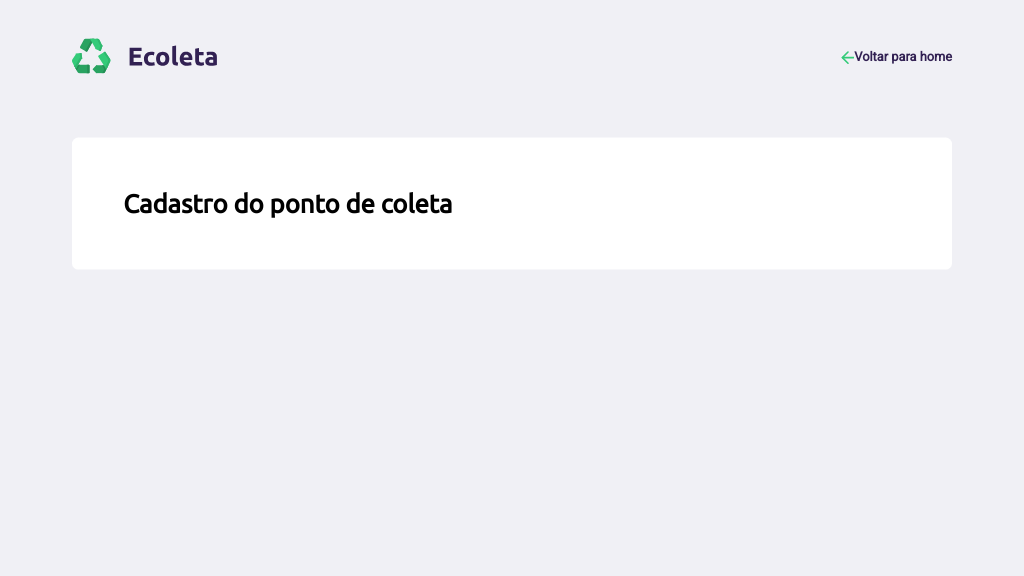
Repository: ivobass/NextLevelWeek
Page: create-point.html
An editor plug-in stored every save of this project. The page is shown before and after the next save, followed by the edit.
The browser window is 1280 px wide. The pictures show the whole page, at 80% of full size.

Above is the page before, as saved 2020-06-02 23:00:17.

After the next save:
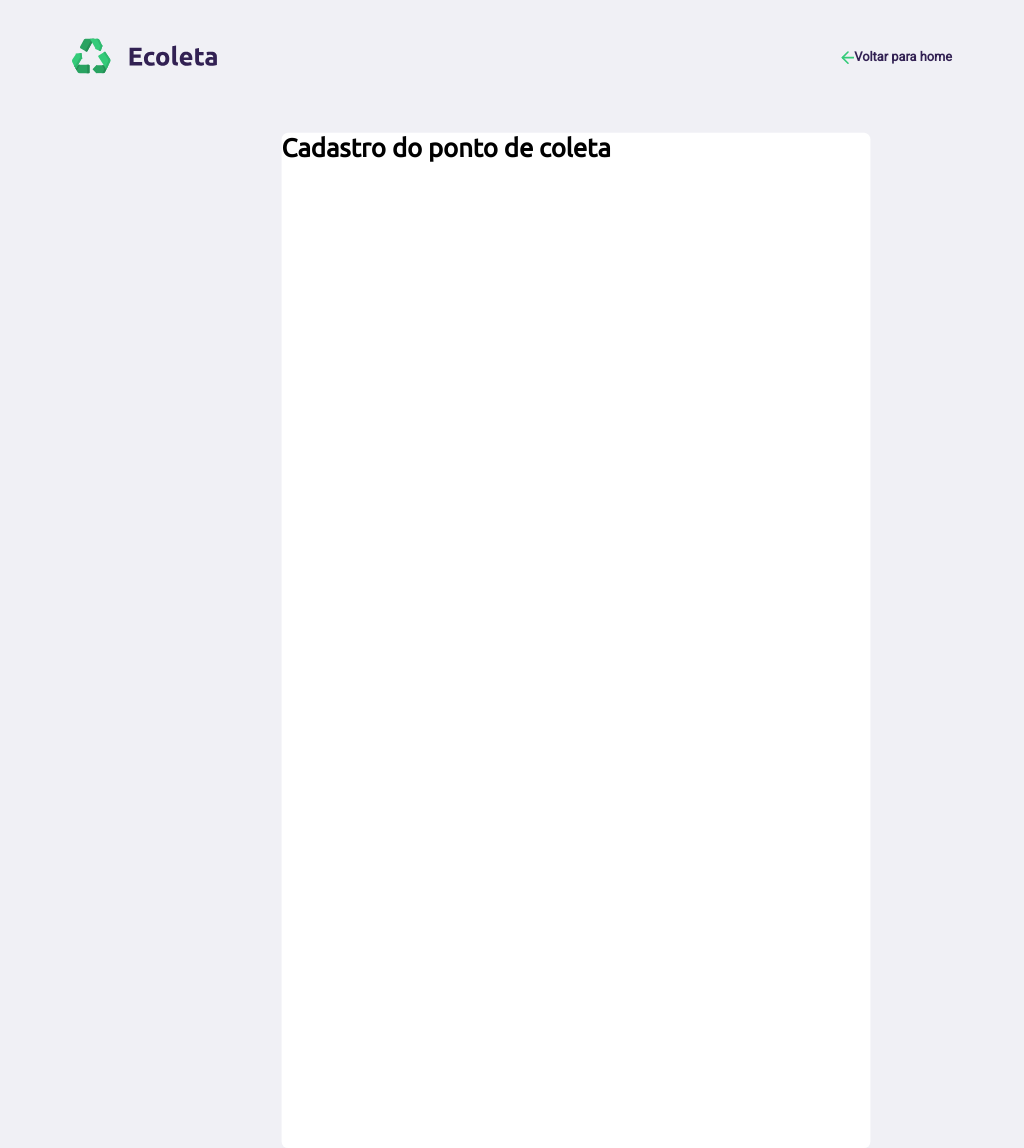
Saved 41 s later.
--- a/styles/create-point.css
+++ b/styles/create-point.css
@@ -31,9 +31,12 @@
 }
 
 form {
-    background-color: white;
-    margin-top: 80px;
-    /* prenchimento */
-    padding: 64px;
+    position: absolute;
+    width: 736px;
+    height: 1269px;
+    left: 352px;
+    top: 166px;
+    /* Blocos */
+    background: #FFFFFF;
     border-radius: 8px;
 }

After the save that followed:
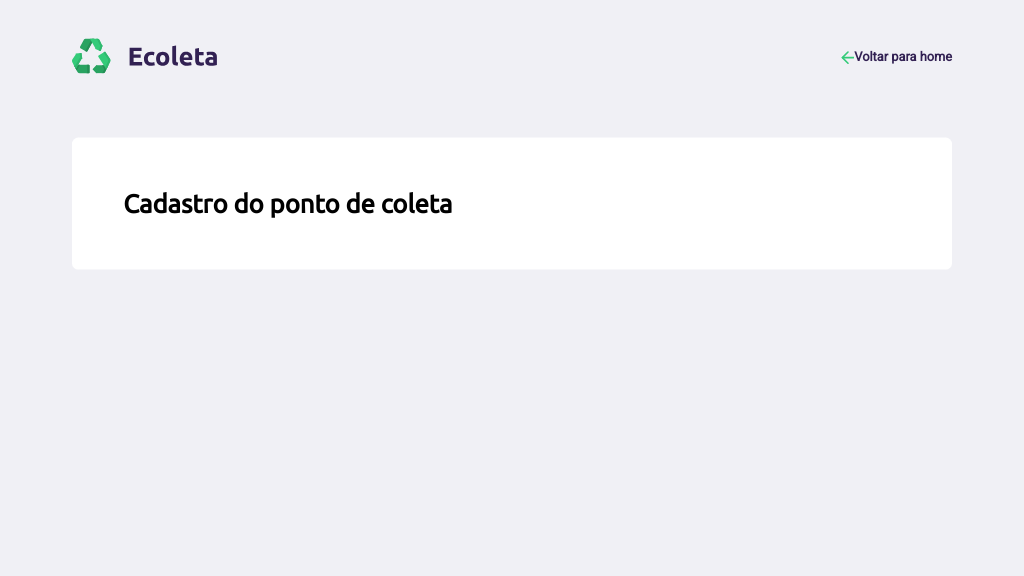
Saved 20 s later.
--- a/styles/create-point.css
+++ b/styles/create-point.css
@@ -31,12 +31,9 @@
 }
 
 form {
-    position: absolute;
-    width: 736px;
-    height: 1269px;
-    left: 352px;
-    top: 166px;
-    /* Blocos */
-    background: #FFFFFF;
+    background-color: white;
+    margin-top: 80px;
+    /* prenchimento */
+    padding: 64px;
     border-radius: 8px;
 }
